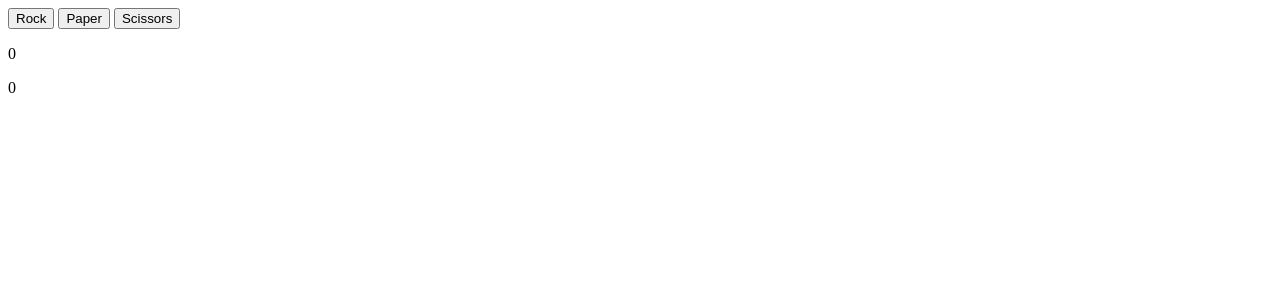
Repository: sokafootball/rock-paper-scissors
Page: index.html
The author's editor kept a copy of each file at every save. The page is drawn from the files as they stood at one save, then again after the next save.
The browser window is 1280 px wide. The pictures show the whole page.

Above is the page before, as saved 2020-04-14 19:39:30.

### index.html
<html>
<body>
<div id="buttons-div">
  <button id="rock-btn">Rock</button>
  <button id="paper-btn">Paper</button>
  <button id="scissors-btn">Scissors</button>
</div>
<div id="result-div">
</div>
<div id="score-div">
  <p id="player-score-p"></p>
  <p id="computer-score-p"></p>
</div>

  <script>
    const NUMBER_OF_GAMES = 5
    const ROCK = `Rock`, PAPER = `Paper`, SCISSORS = `Scissors`
    const CHOICES = [ROCK, PAPER, SCISSORS]
    const rockButton = document.querySelector(`#rock-btn`)
    const paperButton = document.querySelector(`#paper-btn`)
    const scissorsButton = document.querySelector(`#scissors-btn`)
    const buttons = document.querySelectorAll(`button`)
    const resultDiv = document.querySelector(`#result-div`)
    const scoreDiv = document.querySelector(`#score-div`)
    const playerScoreP = document.querySelector(`#player-score-p`)
    const computerScoreP = document.querySelector(`#computer-score-p`)
    let playerScore = 0
    let computerScore = 0

    playerScoreP.innerText = 0
    computerScoreP.innerText = 0

    buttons.forEach(button => button.addEventListener(`click`, (e) => {
      let playerSelection = e.target.innerText
      game(playerSelection)
    }))



    function game(playerSelection){
        let computerSelection = computerPlay()
        let gameResult = playRound(playerSelection, computerSelection)
        resultDiv.innerText = gameResult
    }

    function computerPlay(){
      return CHOICES[Math.floor(Math.random() * 3)]
    }

    function showLoseMessage(playerSelection, computerSelection){
      return `You Lose! ${computerSelection} beats ${playerSelection}`
    }

     function showWinMessage(playerSelection, computerSelection){
      return `You Win! ${playerSelection} beats ${computerSelection}`
    }



    function playRound(playerSelection, computerSelection){
      if (playerSelection == computerSelection){
        return `Draw! You both selected ${playerSelection}`
      }
      if (playerSelection == ROCK){
        if (computerSelection == PAPER) return showLoseMessage(playerSelection, computerSelection)
        return showWinMessage(playerSelection, computerSelection)
      }
      if (playerSelection == SCISSORS){
        if (computerSelection == ROCK) return showLoseMessage(playerSelection, computerSelection)
        return showWinMessage(playerSelection, computerSelection)
      }
      if (playerSelection == PAPER){
        if (computerSelection == SCISSORS) return showLoseMessage(playerSelection, computerSelection)
        return showWinMessage(playerSelection, computerSelection)
      }
    }

  </script>
</body>

</html>

After the next save:
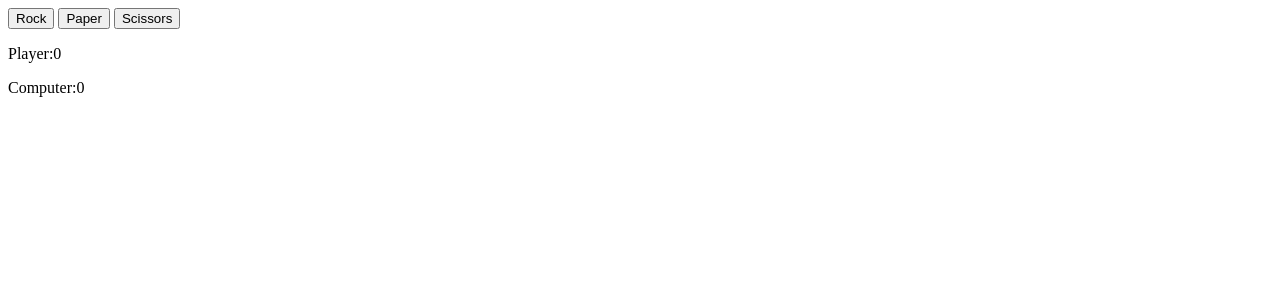
Saved 37 s later.
--- a/index.html
+++ b/index.html
@@ -8,8 +8,8 @@
 <div id="result-div">
 </div>
 <div id="score-div">
-  <p id="player-score-p"></p>
-  <p id="computer-score-p"></p>
+  <p id="player-score-p">Player: </p>
+  <p id="computer-score-p">Computer: </p>
 </div>
 
   <script>
@@ -27,8 +27,8 @@
     let playerScore = 0
     let computerScore = 0
 
-    playerScoreP.innerText = 0
-    computerScoreP.innerText = 0
+    playerScoreP.innerText += 0
+    computerScoreP.innerText += 0
 
     buttons.forEach(button => button.addEventListener(`click`, (e) => {
       let playerSelection = e.target.innerText
